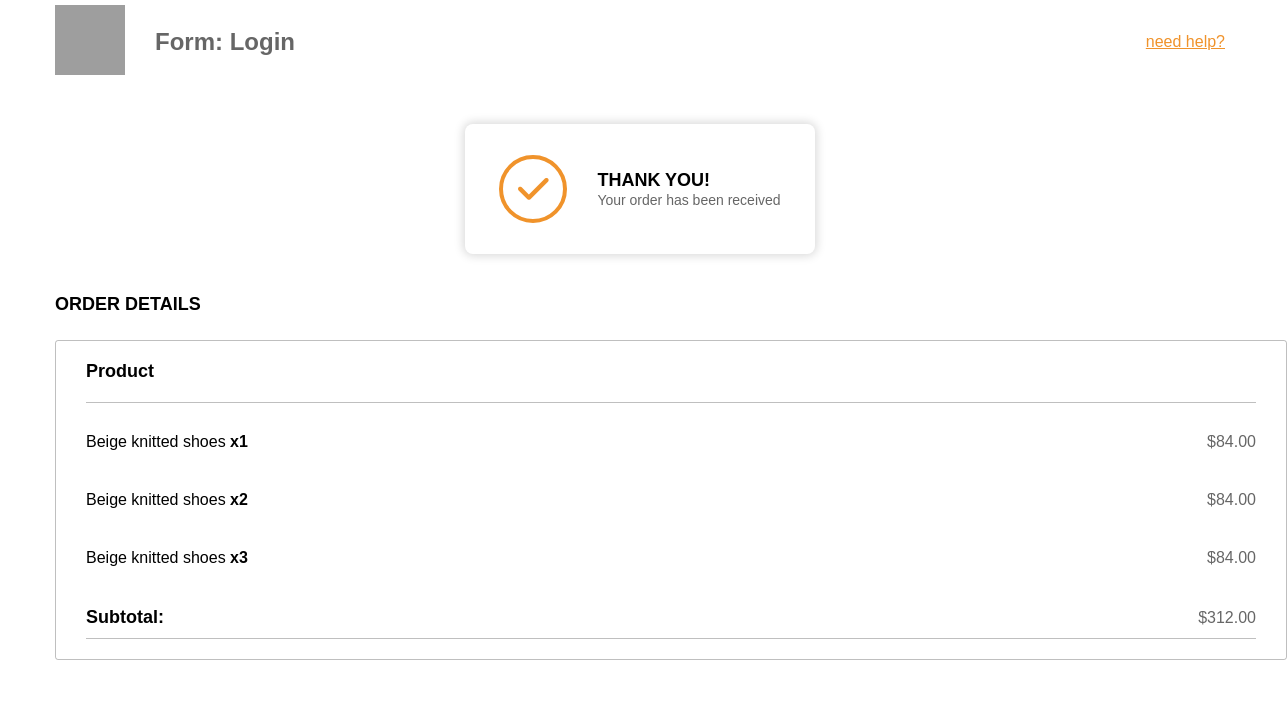
Repository: NguyenDucHung20002/project-homev1
Page: checkout/checkout.html
These files come from the project's save history. The page is drawn as it stood at one moment and after the next save; the edit follows.
The browser window is 1280 px wide. The page is 1287 px wide, so the pictures cover 1287 px, including what lies to the right of the window. The pictures show the whole page.
Pictures or frames that could not be fetched are drawn as grey boxes. The style sheet was rebuilt from its Sass, Less or Tailwind sources for each picture, by a compiler version that may differ from the author's.

Above is the page before, as saved 2022-09-20 10:21:46.

### checkout/checkout.html
<!DOCTYPE html>
<html lang="en">

<head>
    <meta charset="UTF-8">
    <meta http-equiv="X-UA-Compatible" content="IE=edge">
    <meta name="viewport" content="width=device-width, initial-scale=1.0">
    <!-- <link rel="stylesheet" href="../reset.css"> -->
    <link rel="stylesheet" href="../fontawesome-free-6.1.2-web/css/all.min.css">
    <link rel="stylesheet" href="../dist/css/checkout.css">
    <title>Document</title>
    <link rel="icon" href="/icon/favicon.png">
</head>

<body>
    <header>
        <div class="header">
            <div class="container">
                <div class="header-right">
                    <a href="../homev1.html"><img
                            src="http://wp.0effortthemes.com/themes/veggie/wp-content/uploads/2016/06/header-v3-logo.png"
                            alt=""></a>
                    <h2 class="name-form">Form: Login</h2>
                </div>
                <div class="header-left">
                    <a href="" class="help">need help?</a>
                </div>
            </div>
        </div>
    </header>

    <div class="content">
        <div class="container">
            <div class="thank-you">
                <i class="fa-solid fa-check"></i>
                <div class="title">
                    <span><strong>THANK YOU!</strong></span><br>
                    <span>Your order has been received</span>
                </div>
            </div>
            <span class="title-order-details"><strong>ORDER DETAILS</strong></span>
            <div class="order-details">
                <span class="title-product"><strong>Product</strong></span>
                <div class="cart-items">
                    <div class="items">
                        <span class="name-items">Beige knitted shoes <strong>x1</strong></span>
                        <span class="price-items">$84.00</span>
                    </div>
                    <div class="items">
                        <span class="name-items">Beige knitted shoes <strong>x2</strong></span>
                        <span class="price-items">$84.00</span>
                    </div>
                    <div class="items">
                        <span class="name-items">Beige knitted shoes <strong>x3</strong></span>
                        <span class="price-items">$84.00</span>
                    </div>
                </div>
                <div class="sub-total">
                    <span class="title-subtotal">Subtotal:</span>
                    <span class="total-price">$312.00</span>
                </div>
            </div>
        </div>
    </div>

</body>

<script src="https://cdnjs.cloudflare.com/ajax/libs/jquery/3.6.0/jquery.min.js"
    integrity="sha512-894YE6QWD5I59HgZOGReFYm4dnWc1Qt5NtvYSaNcOP+u1T9qYdvdihz0PPSiiqn/+/3e7Jo4EaG7TubfWGUrMQ=="
    crossorigin="anonymous" referrerpolicy="no-referrer"></script>
<script src="./checkout.js"></script>

</html>

### checkout/checkout.js
// $(".btn-checkout").click((e) => {
//   e.preventDefault();
// });

### checkout/checkout.scss
* {
  font-family: "Poppins", sans-serif;
}
body {
  position: relative;
}
.container {
  margin: 0 auto;
  width: 1170px;
}
header {
  width: 100%;
  position: fixed;
  top: 0;
  left: 0;
  z-index: 10000;
  background-color: rgba(#ffffff, 0.8);
  .header {
    .container {
      display: flex;
      align-items: center;
      justify-content: space-between;
      padding: 5px;
      .header-right {
        display: flex;
        justify-content: flex-start;
        align-items: center;
        a {
          img {
            width: 70px;
            height: 70px;
          }
        }
        .name-form {
          color: #666;
          margin-left: 30px;
        }
      }
      .header-left {
        a {
          color: #f0932b;
        }
      }
    }
  }
}
.content {
  .container {
    background-color: #ffffff;
    margin-top: 84px;
    padding: 40px 0px;
    .thank-you {
      display: flex;
      align-items: center;
      justify-content: center;
      width: 350px;
      height: 130px;
      margin: 0 auto;
      border-radius: 8px;
      box-shadow: 0px 0px 10px 2px rgba(0, 0, 0, 0.15);
      i {
        color: #f0932b;
        text-align: center;
        line-height: 60px;
        width: 60px;
        height: 60px;
        border: 4px solid #f0932b;
        border-radius: 50%;
        font-size: 35px;
        font-weight: bold;
        margin-right: 30px;
      }
      .title {
        span {
          font-size: 14px;
          color: #666;
        }
        strong {
          color: black;
          font-size: 18px;
        }
      }
    }
    .title-order-details {
      display: inline-block;
      margin: 40px 0px 25px;
      color: black;
      font-size: 18px;
    }
    .order-details {
      width: 100%;
      border-radius: 3px;
      padding: 20px 30px;
      border: 0.5px solid rgba(0, 0, 0, 0.25);
      .title-product {
        display: inline-block;
        width: 100%;
        font-size: 18px;
        font-weight: bold;
        padding-bottom: 20px;
        border-bottom: 0.5px solid rgba(0, 0, 0, 0.25);
      }
      .cart-items {
        padding: 10px 0px;
        .items {
          display: flex;
          align-items: center;
          justify-content: space-between;
          padding: 20px 0px;
          .name-items {
          }
          .price-items {
            color: #666;
          }
        }
      }
      .sub-total {
        display: flex;
        align-items: center;
        justify-content: space-between;
        padding: 10px 0px;
        border-bottom: 0.5px solid rgba(0, 0, 0, 0.25);
        .title-subtotal {
          color: black;
          font-size: 18px;
          font-weight: bold;
        }
        .total-price {
          color: #666;
        }
      }
    }
  }
}

Loaded but not shown: fontawesome-free-6.1.2-web/css/all.min.css (library)

After the next save:
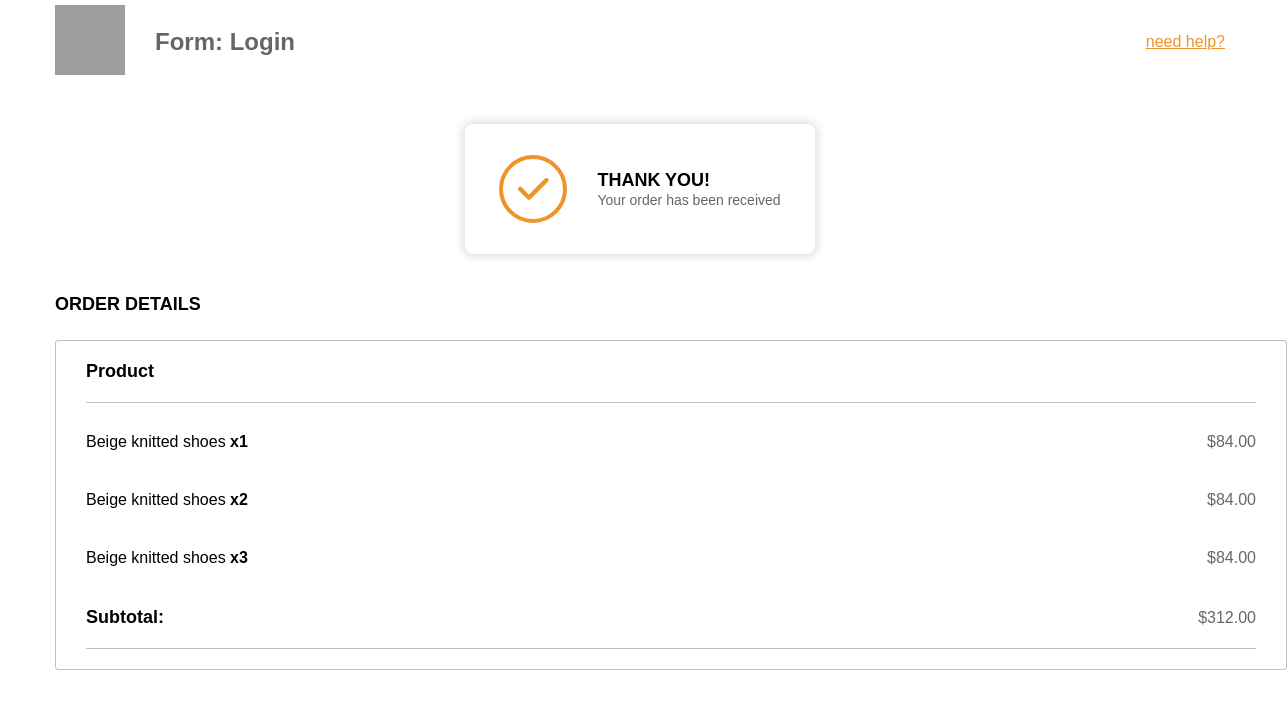
Saved 10 s later.
--- a/checkout/checkout.scss
+++ b/checkout/checkout.scss
@@ -118,7 +118,7 @@ header {
         display: flex;
         align-items: center;
         justify-content: space-between;
-        padding: 10px 0px;
+        padding: 10px 0px 20px;
         border-bottom: 0.5px solid rgba(0, 0, 0, 0.25);
         .title-subtotal {
           color: black;
